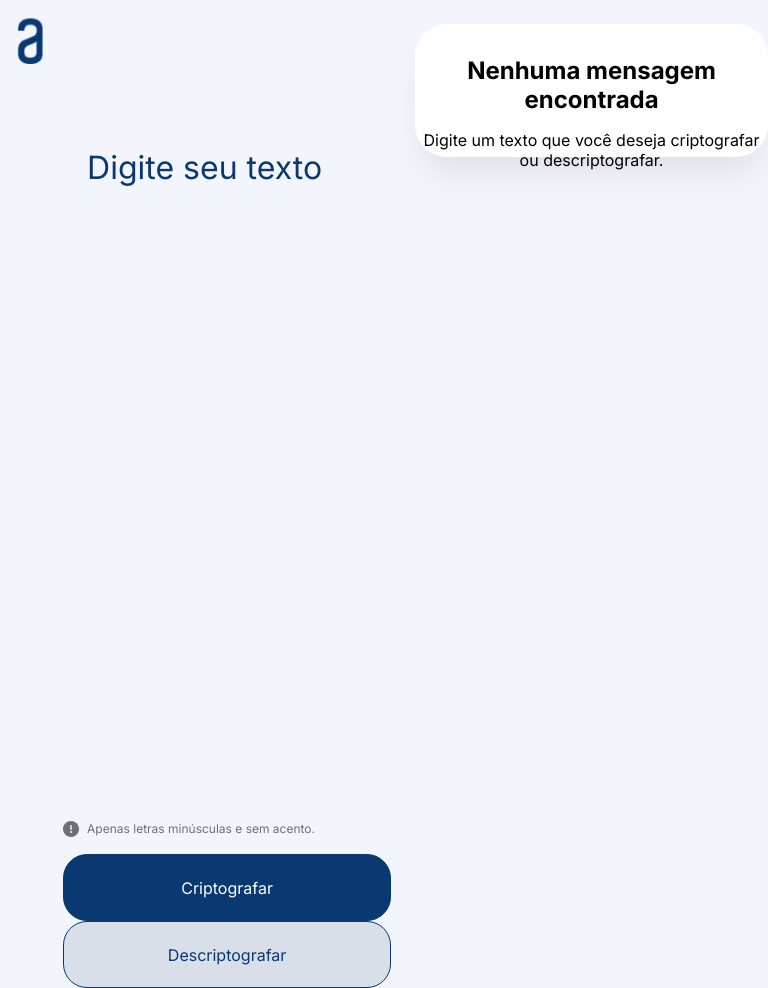
Repository: CarlosEduardoVdeOliveira/descodificador-de-texto
Page: index.html
The author's editor kept a copy of each file at every save. The page is drawn from the files as they stood at one save, then again after the next save.
The browser window is 768 px wide. The pictures show the whole page.

Above is the page before, as saved 2023-04-13 15:40:23.
Console error: TypeError: Cannot read properties of null (reading 'addEventListener')

### index.html
<!DOCTYPE html>
<html lang="en">
<head>
   <meta charset="UTF-8">
   <link rel="preconnect" href="https://fonts.googleapis.com">
   <link rel="preconnect" href="https://fonts.gstatic.com" crossorigin>
   <meta http-equiv="X-UA-Compatible" content="IE=edge">
   <meta name="viewport" content="width=device-width, initial-scale=1.0">
   <link href="https://fonts.googleapis.com/css2?family=Inter:wght@400;700&display=swap" rel="stylesheet">
   <link rel="stylesheet" href="https://cdnjs.cloudflare.com/ajax/libs/font-awesome/6.4.0/css/all.min.css" integrity="sha512-iecdLmaskl7CVkqkXNQ/ZH/XLlvWZOJyj7Yy7tcenmpD1ypASozpmT/E0iPtmFIB46ZmdtAc9eNBvH0H/ZpiBw==" crossorigin="anonymous" referrerpolicy="no-referrer" />
   <link rel="stylesheet" href="/src/styles/reset.css">
   <link rel="stylesheet" href="/src/styles/index.css">
   <link rel="stylesheet" href="/src/styles/tablet.css">
   <link rel="stylesheet" href="/src/styles/mobile.css">
   <title>Decodificador</title>
</head>
<body>
   <section>
      <img src="/src/images/imageLogo2.png"
         alt="letra a da logo da escola de programação Alura">
      <div class="highlight">
         <textarea placeholder="Digite seu texto" autofocus></textarea>
         <div class="info">
            <span>
               <i class="fa-solid fa-circle-exclamation"></i>
               Apenas letras minúsculas e sem acento.
            </span>
            <div class="info-group-button">
               <button class="button-cryptography">Criptografar</button>
               <button class="button-decryption">Descriptografar</button>
            </div>
         </div>
      </div>
      <div class="text-cryption">
         <img src="/src/images/imageHighLight.svg" alt="">
         <div>
            <h2>Nenhuma mensagem encontrada</h2>
            <p>
               Digite um texto que você deseja criptografar ou descriptografar.
            </p>
         </div>

      </div>
   </section>
   <script src="/src/scripts/index.js"></script>
</body>
</html>

### src/styles/reset.css
:root{
   --light-gray: #D8DFE8;
   --gray-100: #CED4DA;
   --gray-200: #ADB5BD;
   --gray-300: #868E96;
   --gray-400: #495057;
   --gray-500: #343A40;
   --light-blue-100: #F3F5FC;
   --light-blue-200: #EFF1FA;
   --light-blue-300: #E9ECF8;
   --light-blue-400: #AAB2D5;
   --light-blue-500: #757FB2;
   --dark-blue-100: #609ED4;
   --dark-blue-200: #356EA9;
   --dark-blue-300: #0A3871;
   --dark-blue-400: #072B61;
   --dark-blue-500: #052051;
}
*{
   margin: 0;
   padding: 0;
   box-sizing: border-box;
}

html, input, textarea, button{
   background-color: var(--light-blue-100);
   font-family:  'Inter', sans-serif;
   font-size: 1rem;
   -webkit-font-smoothing: antialiased;
   -moz-osx-font-smoothing: grayscale;
}

### src/styles/index.css
body{
   background-color: var(--light-blue-100);
}
img{
   width: 1.943rem;
   height: 3rem;
   margin-top: 2.5rem;
}
section {
   display: flex;
   justify-content: space-around;
   align-items: self-start;
   margin: 0 auto;
}
.highlight{
   display: flex;
   flex-direction: column;
   margin-top: 7.5rem;
}
textarea{
   width: 100%;
   height: calc(100vh - 100px);
   font-size: 32px;
   line-height: 150%;
   background-color: var(--light-blue-100);
   color: var(--dark-blue-300);
   border: none;
   resize: none;
   margin: 0 auto;
   padding: 1.5rem;
}
textarea:focus{
   outline: 0;
}

textarea::placeholder{
   color: var(--dark-blue-300);
}
span{
   display: flex;
   align-items: center;
   font-size: 12px;
   color: var(--gray-400);
   line-height: 150%;
   opacity: 0.8;
   margin-bottom: 1rem;
}
i{
   color: var(--gray-400);
   margin-right: 0.5rem;
   font-size: 1rem;
}

button{
   padding: 1.5rem;
   width: 328px;
   height: 67px;
   border-radius: 1.5rem;
   cursor: pointer;
   font-size: 1rem;
   line-height: 19px;
   border: 1px solid var(--dark-blue-300);
   transition: all .2s;
}
.info{
   background-color: var(--light-blue-100);
}
.info .button-cryptography{
   background-color: var(--dark-blue-300);
   color: white;
   margin-right: 1.5rem;
}
.info .button-cryptography:hover{
   background-color: var(--dark-blue-400);
}
.info .button-decryption{
   background: var(--light-gray);
   color: var(--dark-blue-300);
}
.info .button-decryption:hover{
   background-color: var(--light-blue-200);
}
.text-cryption{
   width: 25rem;
   margin: 2.5rem;
   padding: 15rem 2rem;
   text-align: center;
   background-color: white;
   /* shadow */
   box-shadow: 0px 24px 32px -8px rgba(0, 0, 0, 0.08);
   border-radius: 32px;
}
.text-cryption img{
   width: 21rem;
   height: 19rem;
}
.text-cryption div{
   display: flex;
   flex-direction: column;

   margin-top: 2rem;
   padding: 0px;
   gap: 16px;
}

textarea.textarea-output{
   font-size: 1.5rem;
   color: var(--gray-400);
   height: calc(100vh - 100px);
   padding: 1rem;
}
.text-cryption-whit-text{
   padding: 1rem;
}

.button-copy-cryption{
   background-color: white;
}
.button-copy-cryption:hover{
   background-color: var(--light-blue-200);
}

### src/styles/tablet.css
@media (max-width: 768px) {
   main{
      display: block;
   }
   img{
      margin: 1rem;
   }
   .textarea-input{
      margin: 0 auto;
   }
   .info{
      display: flex;
      flex-direction: column;
      margin: 0 auto;
   }
   .text-cryption{
      width: 43rem;
      height: 8.313rem;
      padding: 0;
      margin: 1.5rem auto;
   }
   .text-cryption img{
      display: none;
   }
}

### src/styles/mobile.css
@media (max-width: 375px) {
   img{
      margin: 1rem;
   }
   .info{
      margin: 0 auto;
   }
   .info-group-button{
      display: flex;
      flex-direction: column;
   }
   .info-group-button .button-cryptography{
      margin-bottom: 1.5rem;
   }
   .text-cryption{
      width: 20.438rem;
      height: 11.625rem;
      padding: 0;
      margin: 1.5rem auto;
   }
}

### src/scripts/index.js
const elementTextarea = document.querySelector("textarea");
const areaCryption = document.querySelector(".text-cryption");
const buttonCryptography = document.querySelector(".button-cryptography");
const buttonDecryption = document.querySelector(".button-decryption");


function encryptText(){
   const textareaValue = elementTextarea.value;

   if ( textareaValue.length > 0) {
      areaCryption.classList.add("text-cryption-whit-text")
      return areaCryption.innerHTML = `
         <textarea class="textarea-output" disabled>${textareaValue}</textarea>
         <button class="button-copy" id='copy'>Copiar</button>
      `;

   }
   return alert("Preencha o campo!")
}

function decryptText(){
   const textareaValue = elementTextarea.value;
   if ( textareaValue.length > 0) {
      areaCryption.classList.add("text-cryption-whit-text");
      areaCryption.innerHTML = `
         <textarea class="textarea-output">${textareaValue}</textarea>
         <button class="button-copy" id="copy">Copiar</button>
      `;

   }
   return alert("Preencha o campo!")
}
const buttonCopy = document.querySelector("#copy");
function copyText(){
   const textareaOutput = document.querySelector('textarea .textarea-output');
   textareaOutput.select();
   document.execCommand('copy')
}

buttonCryptography.addEventListener('click', encryptText);
buttonDecryption.addEventListener('click', decryptText);
buttonCopy.addEventListener('click', copyText);

/**
 * a b c d e f g h i j k l m n o p q r s t u v w x y z
 * jhysvz
 * carlos
 */

After the next save:
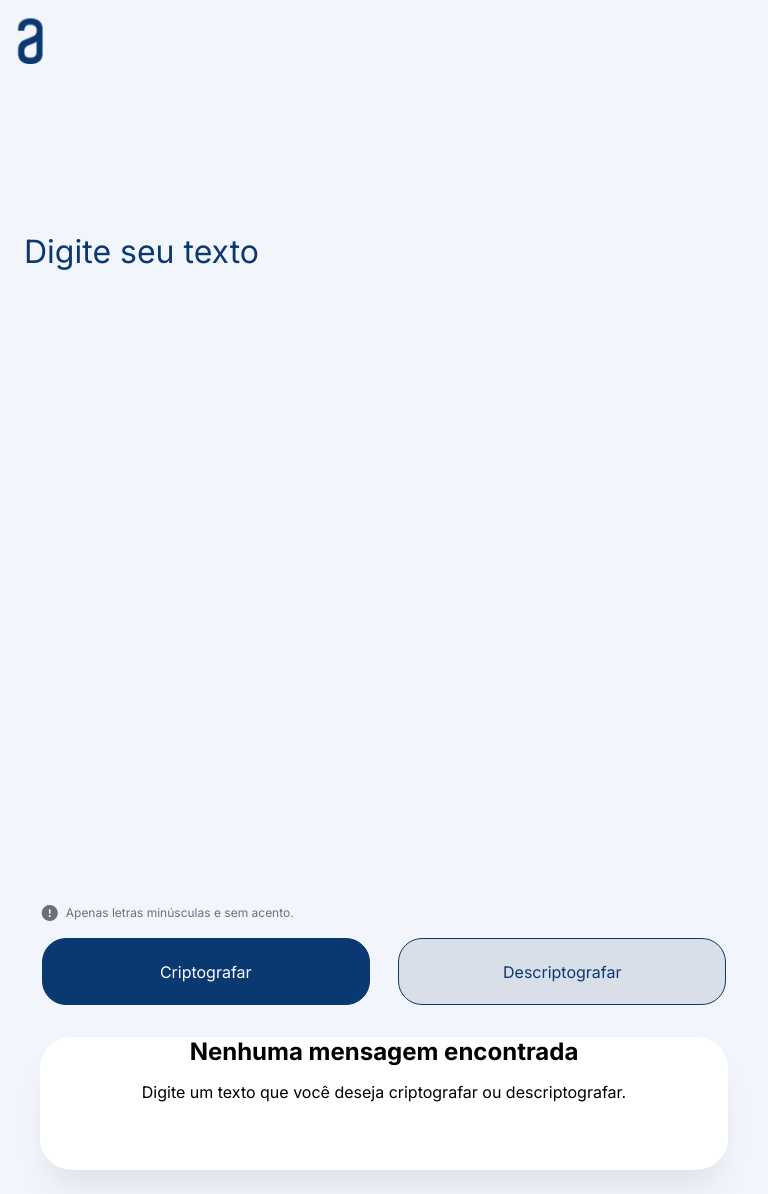
Saved 13 s later.
--- a/src/styles/tablet.css
+++ b/src/styles/tablet.css
@@ -1,5 +1,5 @@
 @media (max-width: 768px) {
-   main{
+   section{
       display: block;
    }
    img{
